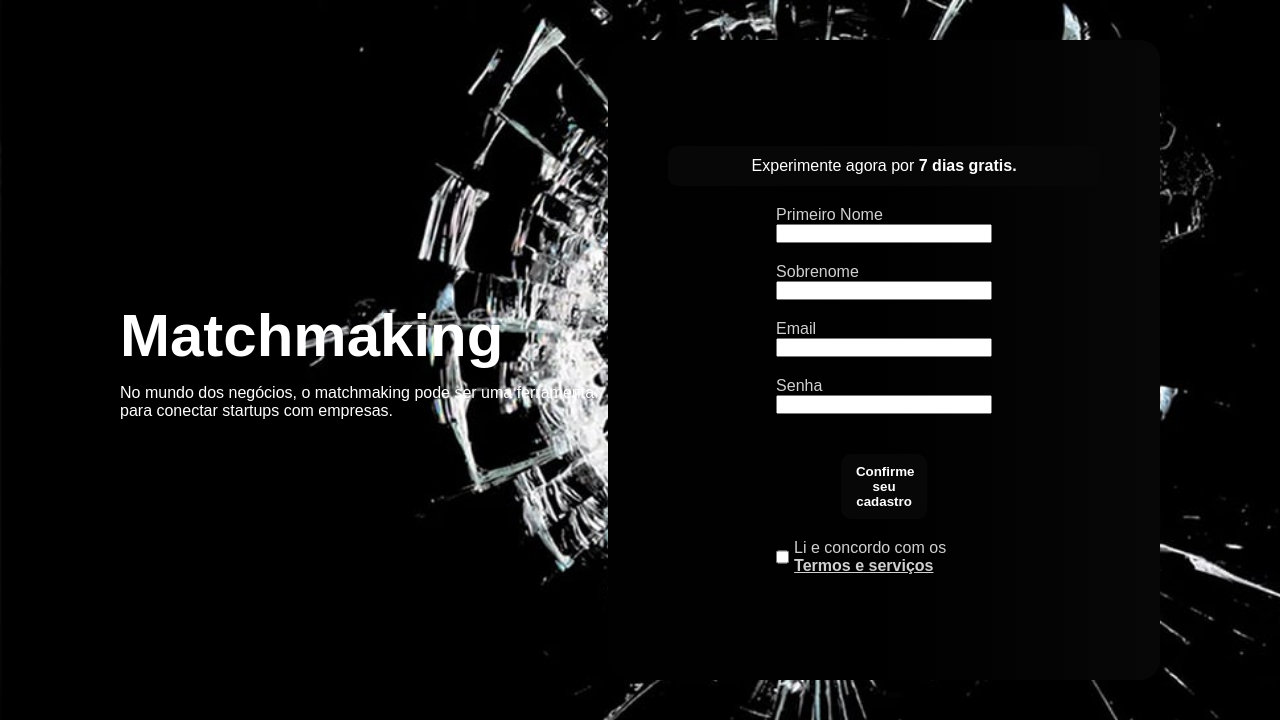
Repository: analessp/tela-login
Page: index.html
These files come from the project's save history. The page is drawn as it stood at one moment and after a run of saves; the edit follows.
The browser window is 1280 px wide. The pictures show the whole page.
Some web fonts or font styles are not loaded; a fallback is used.

Above is the page before, as saved 2025-04-16 12:07:15.

### index.html
<!DOCTYPE html>
<html lang="pt-br">
  <head>
    <meta charset="UTF-8" />
    <meta name="viewport" content="width=device-width, initial-scale=1.0" />
    <title>Tela de Login</title>
    <link rel="stylesheet" href="style.css" />
    <link rel="preconnect" href="https://fonts.googleapis.com" />
    <link rel="preconnect" href="https://fonts.gstatic.com" crossorigin />
    <link href="https://fonts.googleapis.com/css2?family=Nunito:ital,wght@0,200..1000;1,200..1000&family=Special+Gothic&display=swap" rel="stylesheet" />
  </head>
  <body>
    <main>
      <div class="container-left">
        <h1>Matchmaking</h1>
        <p>No mundo dos negócios, o matchmaking pode ser uma ferramenta para conectar startups com empresas.</p>
      </div>
      <div class="container-right">
        <a href="#" class="teste-gratis">
          <p>Experimente agora por <b>7 dias gratis.</b></p>
        </a>
        <div class="forms">
          <form>

            <div class="forms__info">
              <label for="name">
                <p>Primeiro Nome</p>
                <input id="name" type="text" />
              </label>
            </div>
            <div>
                <label for="lastname">
                    <p>Sobrenome</p>
                    <input id="lastname" type="text" />
                </label>
            </div>

            <div>
                <label for="email">
                    <p>Email</p>
                    <input id="email" type="email" />
                </label>
            </div>

            <div>
                <label for="password">
                    <p>Senha</p>
                    <input id="password" type="password" />
                </label>
            </div>

            <button type="submit">
                <p>Confirme seu cadastro</p>
            </button>
            <div class="terms">
                <input type="checkbox">
                <p>
                    Li e concordo com os <a href="#">Termos e serviços</a>
                </p>
            </div>
          </form>
        </div>
      </div>
    </main
  </body>
</html>

### style.css
* {
    margin: 0;
    padding: 0;
    box-sizing: border-box;
    width: 100%;
    font-family: "Special Gothic", sans-serif;
}

main {
    display: flex;
    background-image: url("./assets/background.jpg");
    background-repeat: no-repeat center center;
    background-size: cover;
    display: flex;
    height: 100vh;
    z-index: 0;
    padding: 40px 120px;
}

&::after {
    content: "";
    background: #1e130c;
    position: absolute;
    top: 0;
    left: 0;
    opacity: 0.9;
    width: 100%;
    height: 100%;
    z-index: -1;
}

.container-left {
    color: white;
    display: flex;
    justify-content: center;
    flex-direction: column;
    gap: 14px;
}

.container-left h1 {
    font-size: 60px;

    &:hover::after{
        cursor: pointer;
        content: "";
        position: absolute;
        bottom: 350px;
        left: 120px;
        background-color: #d0d0d0;
        height: 4px;
        width: 420px;
        transition-duration: 800ms;
        animation-name: left-to-right;
        animation-duration: 620ms;
        animation-iteration-count: 1;
        }
}

.container-right {
    background: #080707;
    background: linear-gradient(90deg, rgb(1, 1, 1) 0%, rgb(0, 0, 0) 50%, rgba(8, 7, 7, 1) 100%);
    display: flex;
    flex-direction: column;
    justify-content: center;
    align-items: center;
    padding: 0 60px;
    border-radius: 20px;
}

.teste-gratis {
    display: flex;
    justify-content: center;
    align-items: center;
    text-align: center;
    width: 100%;
    max-width: 460px;
    height: 40px;
    background-color: #080707;
    text-decoration: none;
    color: white;
    border-radius: 10px;
    margin-bottom: 20px;

    &:hover {
        transform: scale(1.1);
    }
}

.teste-gratis p{
text-align: center;
}

.forms {
    width: 50%;
}

.forms form {
    display: flex;
    flex-direction: column;
    gap: 20px;
    color: #d0d0d0;
}

.forms__info {
    text-align: ;
}

.forms button {
    cursor: pointer;
    margin-top: 20px;
    border-radius: 10px;
    padding: 10px 15px;
    background-color: #080707;
    color: #fff;
    width: 40%;
    align-self: center;
    border: 0px;
    box-shadow: 1px 0.2px 0.5px #030303;
    font-weight: 580;
    transition-duration: 500ms;

    &:hover {
        transform: translate(300px)
    }
}

.terms {
    display: flex;
    justify-content: center;
    gap: 5px;
}

.terms input {
    width: fit-content;

}

.terms p{
    width: 100%;
}

.terms p a{
    width: fit-content;
    color: #d0d0d0;
    font-weight: 900;
}

@keyframes left-to-right {
0% {
    width: 0;
}
100% {
    width: 400px;
}
}

After the next 3 saves:
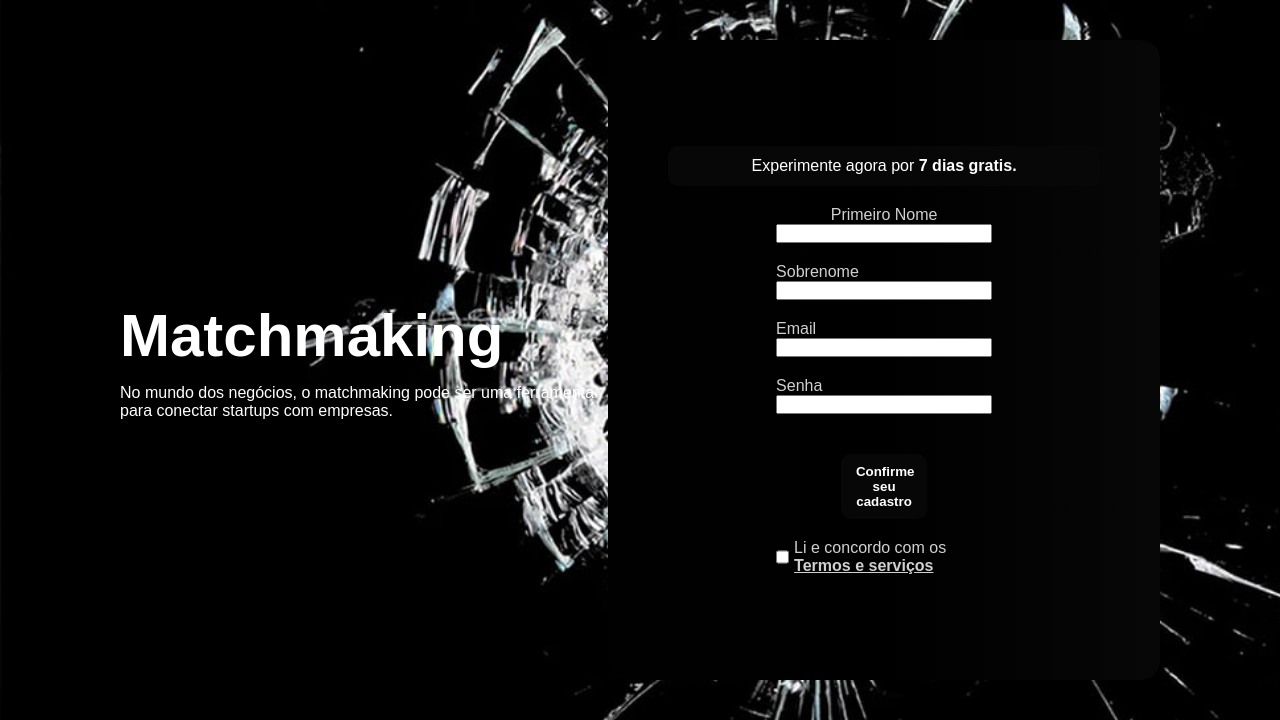
The 3 saves are shown as one change because they came seconds apart.
The last was saved 8 s later.
--- a/style.css
+++ b/style.css
@@ -102,8 +102,10 @@ text-align: center;
 }
 
 .forms__info {
-    text-align: ;
+    text-align: center;
 }
+
+
 
 .forms button {
     cursor: pointer;
